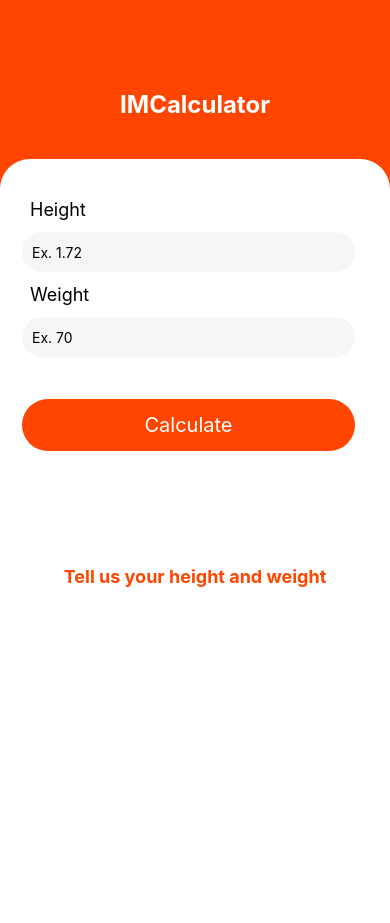
Repository: rubenmatias08/IMCTracker
Screen: /
An editor plug-in stored every save of this project. The screen is shown before and after the next save, followed by the edit.
The app was drawn by React Native's web renderer in a window 390 px wide. The project was rebuilt for these pictures with package versions that can differ from the ones it lists, and the page was loaded fresh each time.

Above is the screen before, as saved 2024-03-11 00:42:21.

After the next save:
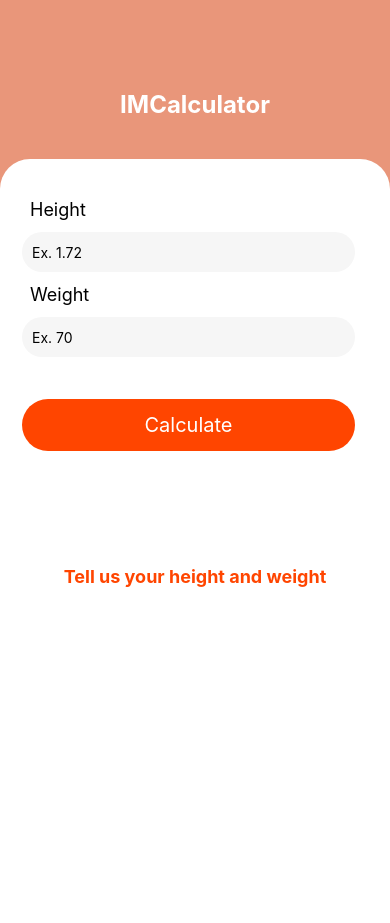
Saved 8 min 36 s later.
--- a/App.js
+++ b/App.js
@@ -14,7 +14,7 @@ export default function App() {
 const styles = StyleSheet.create({
   container: {
     flex: 1,
-    backgroundColor: '#FF4500',
+    backgroundColor: '#E9967A',
     paddingTop: 80,
 
   },
